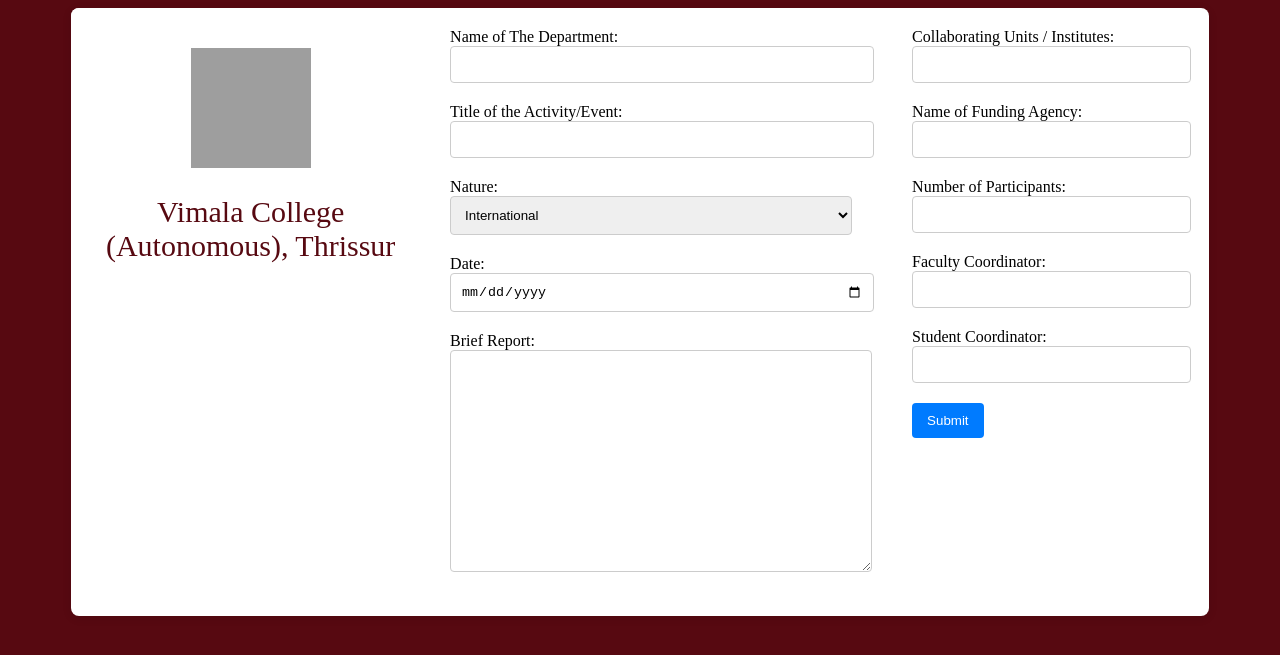
Repository: Rammjay/vimala-activity-report
Page: http://localhost/
These files come from the project's save history. The page is drawn as it stood at one moment and after a run of saves; the edit follows.
The browser window is 1280 px wide. The pictures show the whole page.
Pictures or frames that could not be fetched are drawn as grey boxes. The page is served by the project's application, run on Django 5.2 (report/manage.py).

Above is the page before, as saved 2024-09-22 14:23:44.

After the next 2 saves:
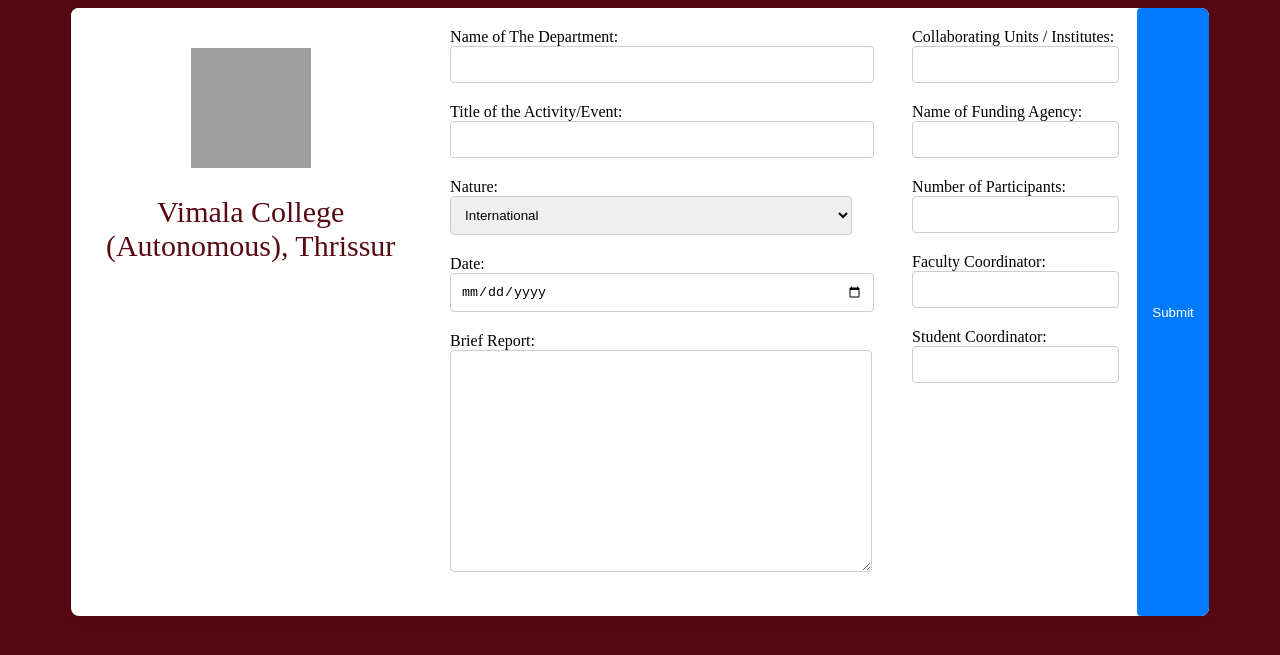
The 2 saves are shown as one change because they came seconds apart.
The last was saved 10 s later.
--- a/vim/report/reports/templates/1.html
+++ b/vim/report/reports/templates/1.html
@@ -133,9 +133,10 @@
 
 
                 </form>
-                <button type="submit">Submit</button>
 
             </div>
+            <button type="submit">Submit</button>
+
         </div>
     </div>
 </body>
